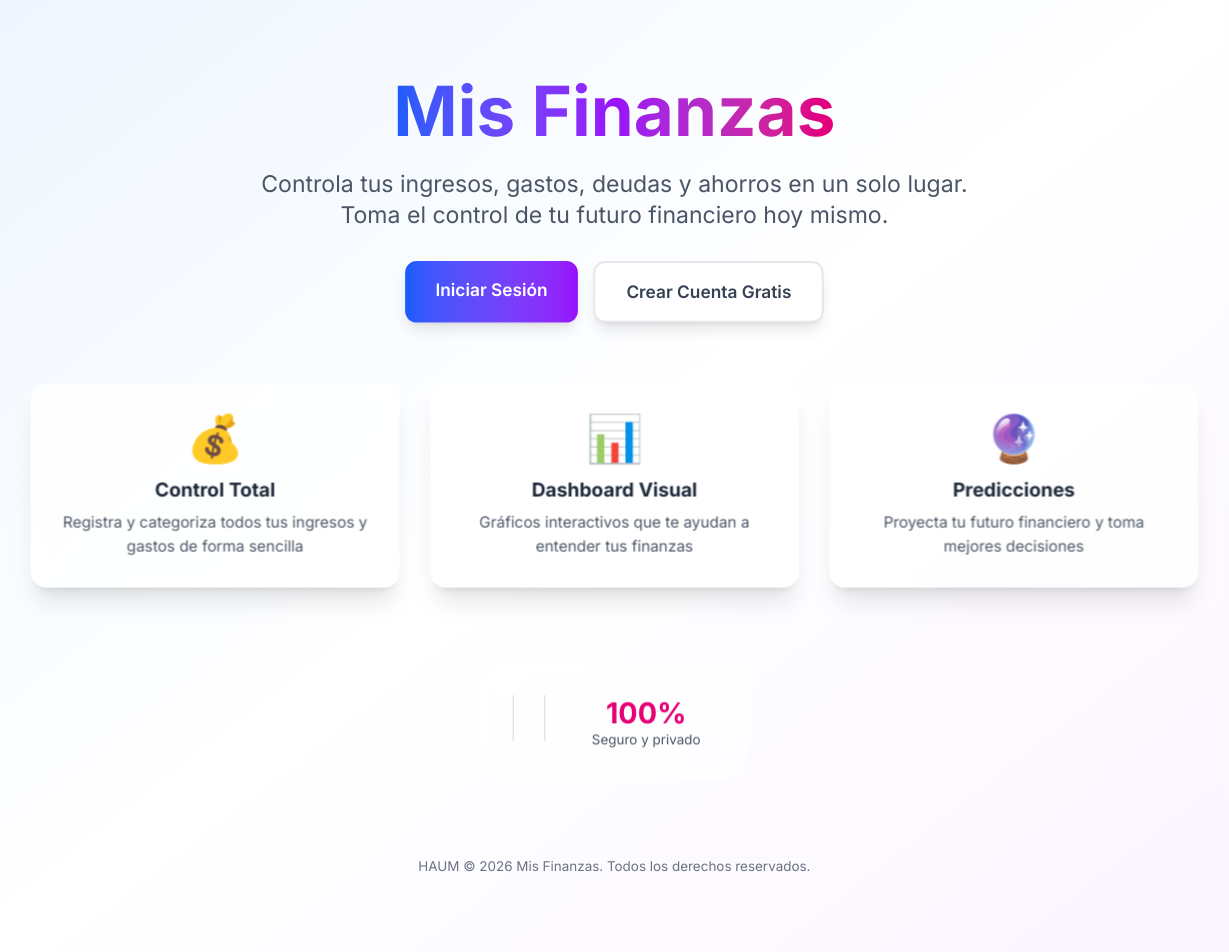
Repository: AlejandroUrrego01291/price-finanzas
Page: /
These files come from the project's save history. The page is drawn as it stood at one moment and after the next save; the edit follows.
The browser window is 1280 px wide. The pictures show the whole page, at 96% of full size.
The project was rebuilt for these pictures with package versions that can differ from the ones it lists, and the page was loaded fresh each time. The framework's server and built-in components were replaced by stand-ins that run in the browser. Also part of the build but not shown: next.config.ts.

Above is the page before, as saved 2026-03-21 13:52:17.

After the next save:
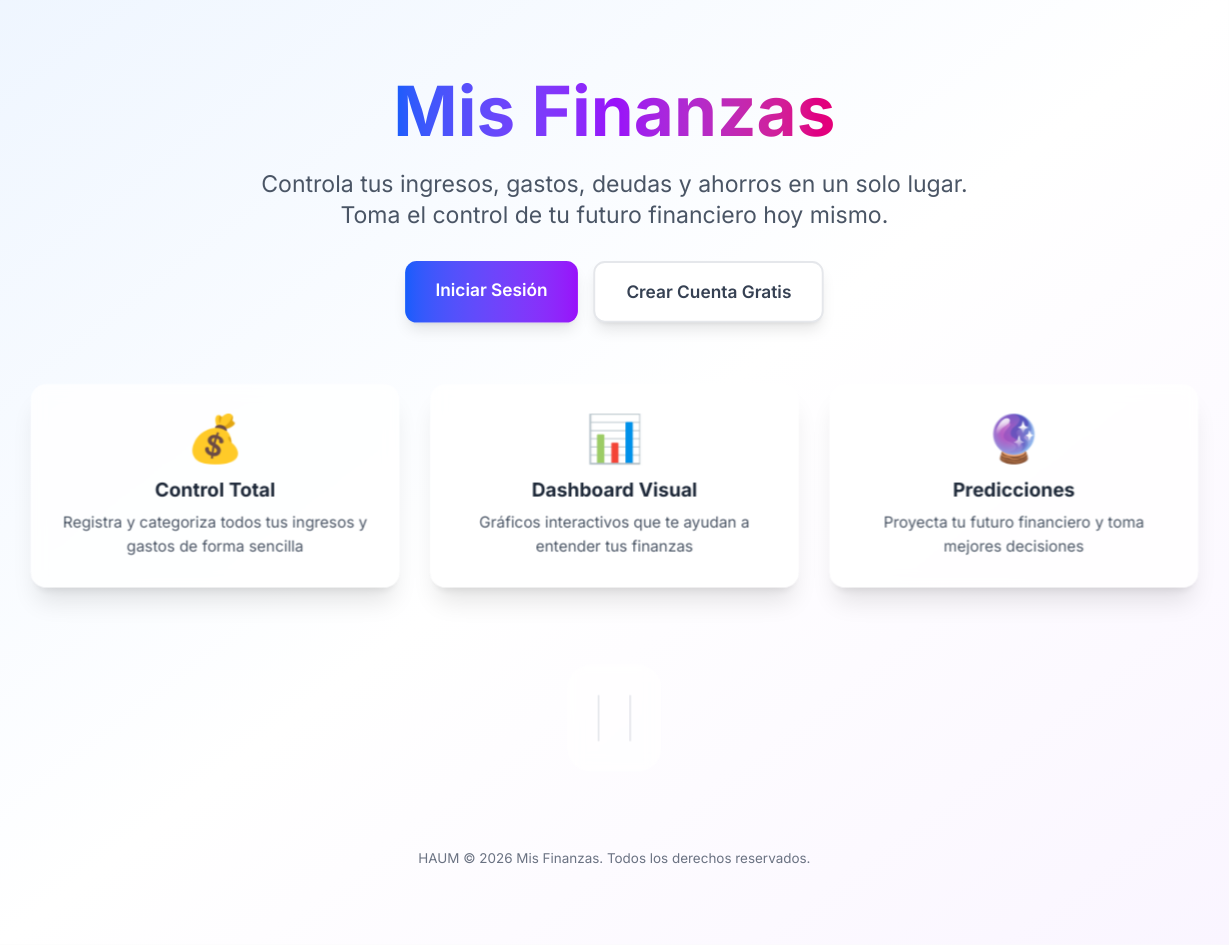
Saved 92 s later.
--- a/src/app/page.tsx
+++ b/src/app/page.tsx
@@ -68,10 +68,7 @@ export default function Home() {
               <div className="w-px h-12 bg-gray-300 hidden md:block"></div>
 
               <div className="w-px h-12 bg-gray-300 hidden md:block"></div>
-              <div className="text-center px-4">
-                <div className="text-2xl md:text-3xl font-bold text-pink-600">100%</div>
-                <div className="text-xs md:text-sm text-gray-600">Seguro y privado</div>
-              </div>
+
             </div>
           </div>
 
